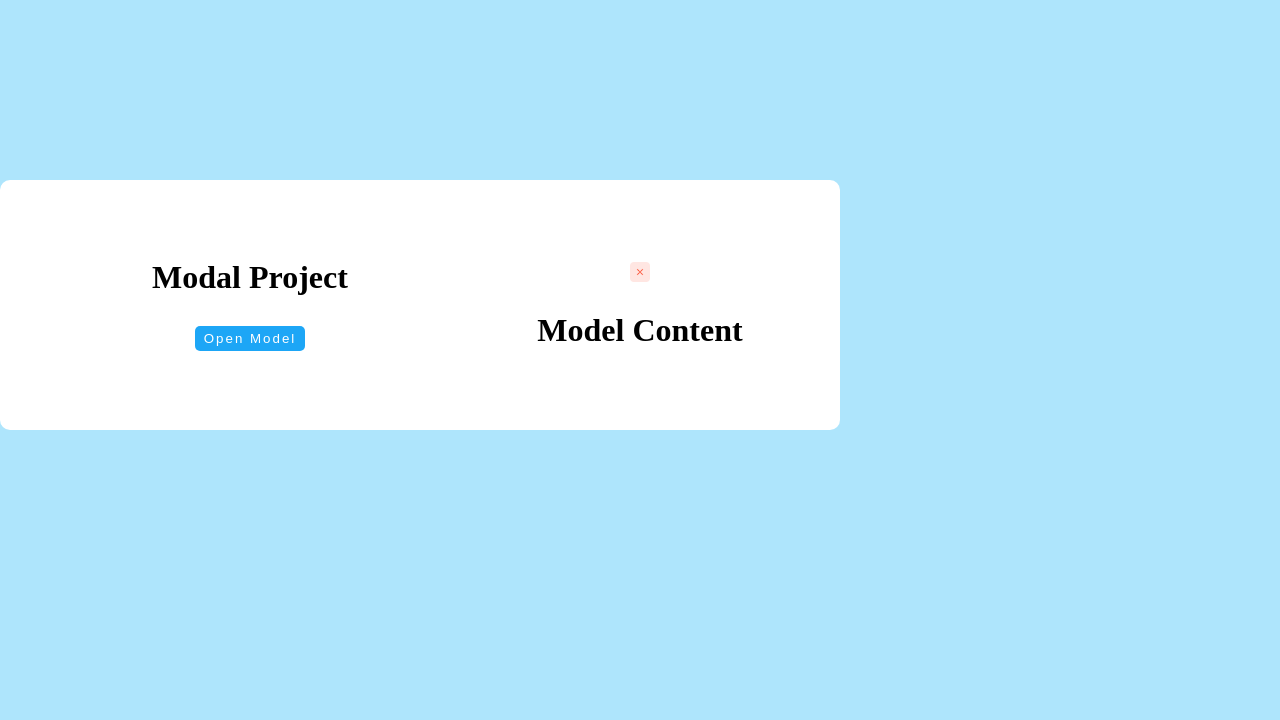
Repository: Trapti10/20-js-practice-projects-in-7-days-challenge
Page: Project_4_Modal_Project/index.html
An editor plug-in stored every save of this project. The page is shown before and after a run of saves, followed by the edit.
The browser window is 1280 px wide. The pictures show the whole page.

Above is the page before, as saved 2025-11-24 11:05:00.

### Project_4_Modal_Project/index.html
<!DOCTYPE html>
<html lang="en">
<head>
    <meta charset="UTF-8">
    <meta name="viewport" content="width=device-width, initial-scale=1.0">
    <title>Modal Project</title>
    <link rel="stylesheet" href="style.css">
</head>
<body>
    <div class="hero">
     <div class="bg-img"  background-img>

    </div>
    <div class="card">
        <h1>Modal Project</h1>

        <button class="Open">
            Open Model
        </button>
       </div>
       </div>
       <div class="modal-overlay">
        <div class="madal-container">
            <img src="assests/close.png" alt="">
            <div class="modalContent">
                <h1>Model Content</h1>
            </div>
        </div>
       </div>
    <script src="script.js"></script>
</body>
</html>

### Project_4_Modal_Project/style.css
*{
    margin: 0;
    padding: 0;
}
.hero{
    place-items: center;
}
.bg-img{
    height: 100vh;
    background-position: center center;
    background-repeat: no-repeat;
    position: relative;
    background-size: max(2200px, 100vw);
    background-image: url("https://png.pngtree.com/thumb_back/fh260/background/20230714/pngtree-simplicity-in-blue-a-living-room-interior-design-with-decor-and-image_3888158.jpg");
    background-repeat: no-repeat;
    align-items: center;
    margin-top: 0;
    align-items: center;

}

.card{
    position: absolute;
    top: 25%;
    background: white;
    height: 250px;
    width: 500px;
    /* height: 100%;
    width: 100%; */
    display: flex;
    justify-content: center;
    align-items:center ;
    flex-direction: column;
    border: none;
    border-radius: 10px;
    gap: 30px;
}

button{
    height: 25px;
    width: 110px;
    color: white;
    background: rgb(29, 166, 246);
    border: none;
    letter-spacing: 2px;
    border-radius: 5px;
    padding: 0 4px;
}

button:hover{
    background: transparent;
    color: black;
    border: 2px solid rgb(29, 166, 246);
}

.modal-overlay{
    background: rgba(159, 225, 252, 0.84);
    position: fixed;
    top: 0;
    left: 0;
    width: 100%;
    height: 100%;
    place-items:center;
    display: grid;
    transition: 400ms ease;
    visibility: visible;
    z-index: -10;
}

.madal-container{
   position: absolute;
    top: 25%;
    background: white;
    max-height: 250px;
    max-width: 400px;
    height: 100%;
    width: 100%;
    display: flex;
    justify-content: center;
    align-items:center ;
    flex-direction: column;
    border: none;
    border-radius: 10px;
    gap: 30px;
}

.madal-container img{
    height: 20px;
    right: 0;
}

Loaded but not shown: Project_4_Modal_Project/script.js (no stored copy; drawn as an empty file)

After the next 3 saves:
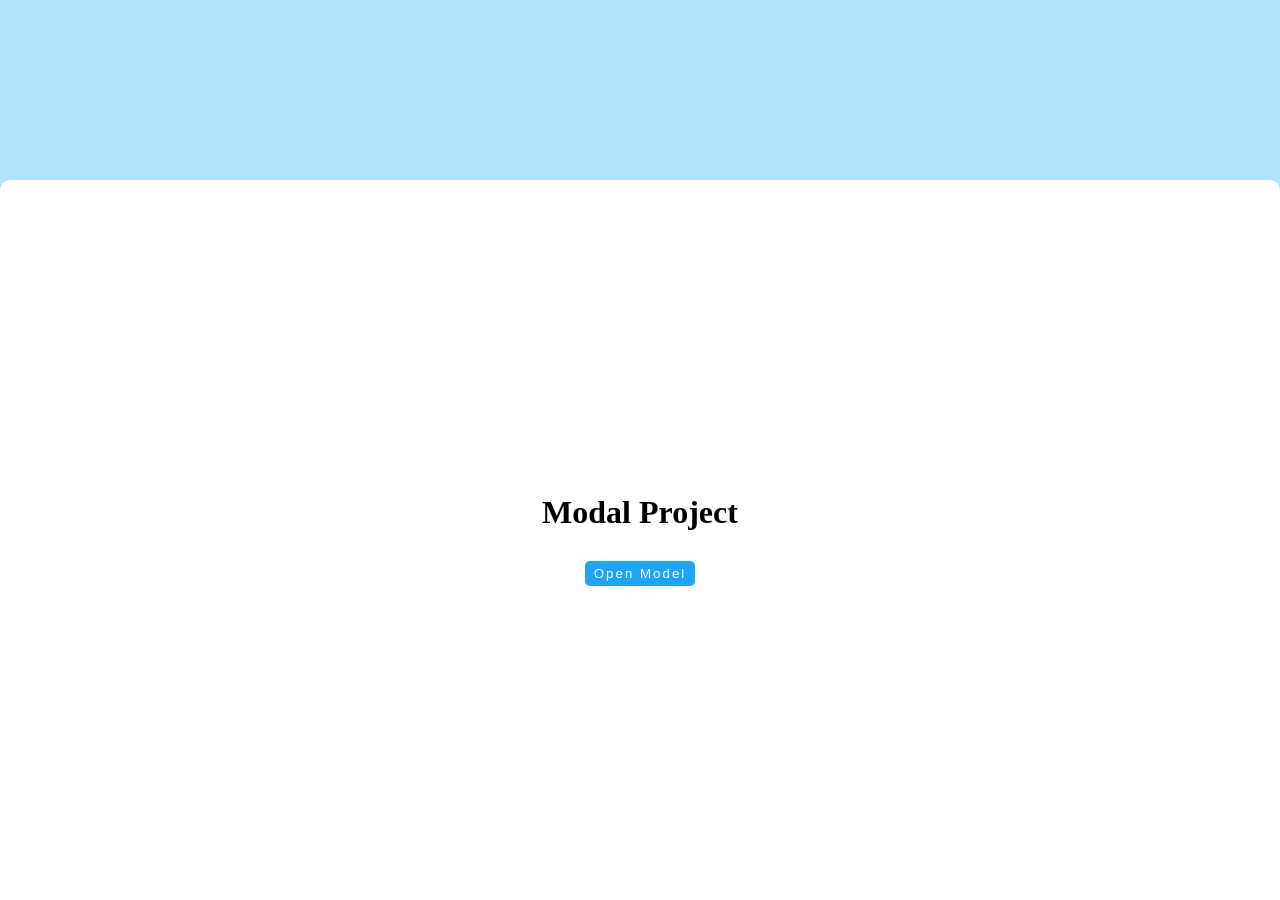
The 3 saves are shown as one change because they came seconds apart.
The last was saved 42 s later.
--- a/Project_4_Modal_Project/style.css
+++ b/Project_4_Modal_Project/style.css
@@ -23,10 +23,10 @@
     position: absolute;
     top: 25%;
     background: white;
-    height: 250px;
-    width: 500px;
-    /* height: 100%;
-    width: 100%; */
+    min-height: 250px;
+    min-width: 500px;
+    height: 100%;
+    width: 100%;
     display: flex;
     justify-content: center;
     align-items:center ;

After the save that followed:
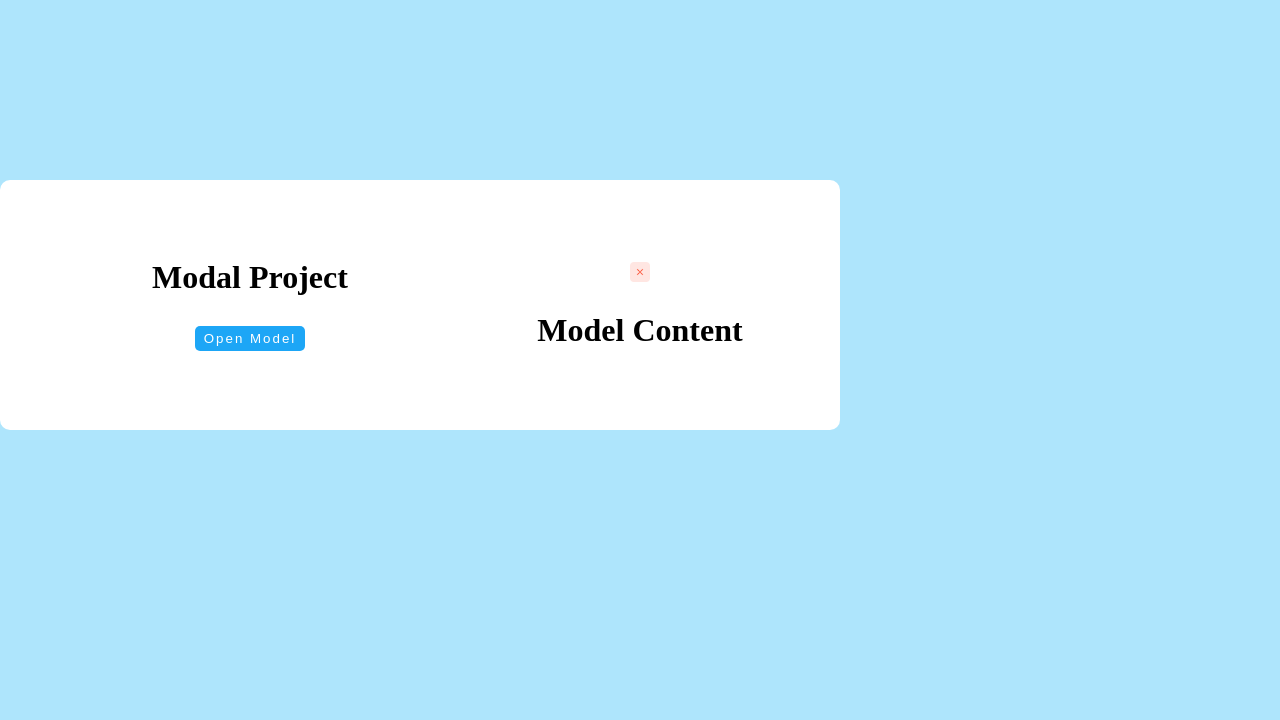
Saved 11 s later.
--- a/Project_4_Modal_Project/style.css
+++ b/Project_4_Modal_Project/style.css
@@ -25,8 +25,6 @@
     background: white;
     min-height: 250px;
     min-width: 500px;
-    height: 100%;
-    width: 100%;
     display: flex;
     justify-content: center;
     align-items:center ;
